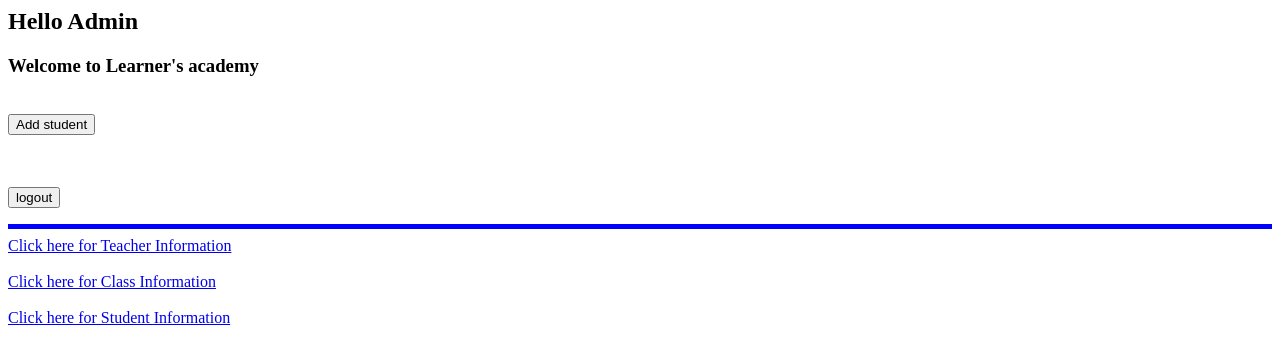
Repository: anithagnana123/Simplilearn_Phase2_project
Page: http://localhost/phase2-project/welcome
An editor plug-in stored every save of this project. The page is shown before and after a run of saves, followed by the edit.
The browser window is 1280 px wide. The pictures show the whole page.
The page is served by Tomcat 9.

Above is the page before, as saved 2022-10-19 11:50:11.

After the next 2 saves:
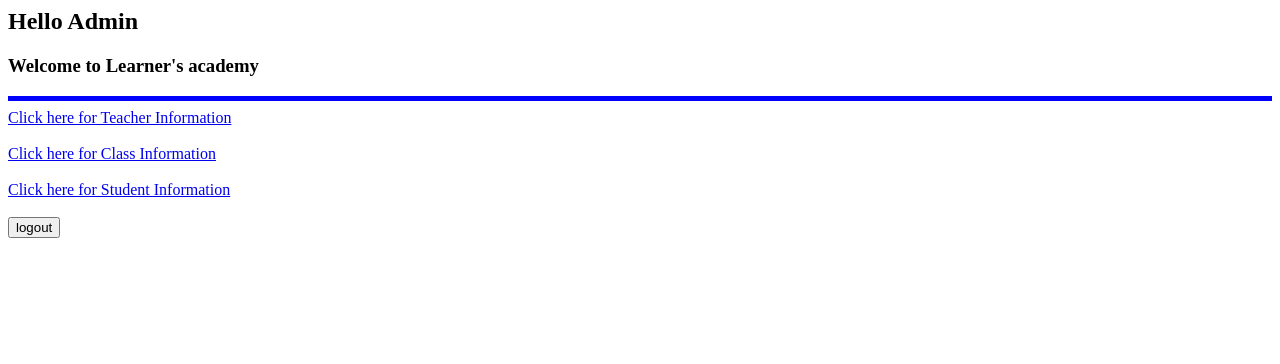
The 2 saves are shown as one change because they came seconds apart.
The last was saved 27 s later.
--- a/phase2-project/src/main/java/com/simplilearn/workshop/WelcomeServlet.java
+++ b/phase2-project/src/main/java/com/simplilearn/workshop/WelcomeServlet.java
@@ -39,21 +39,17 @@ public class WelcomeServlet extends HttpServlet {
 		out.println("<h2>Hello Admin</h2>");
 	    out.println("<h3> Welcome to Learner's academy </h3>");
 
-	    out.println("<form action='addstudent' method='get'>");
-	    out.println("<br> <input type='submit' value='Add student'/>");
-	    out.println("</form>");
-
-	    out.println("&nbsp;");
-	    out.println("<form action='logout' method='get'>");
-	    out.println("<br> <input type='submit' value='logout'/>");
-	    out.println("</form>");
-
 	    out.println("<hr color='blue' size ='5'/>");
 	    out.println("<a href = \"teacher.html\">Click here for Teacher Information</a>");
 	    out.println("<br> <br>");
 	    out.println("<a href = \"theclass.html\">Click here for Class Information</a>");
 	    out.println("<br> <br>");
 	    out.println("<a href = \"student.html\">Click here for Student Information</a>");
+
+	    out.println("&nbsp;");
+	    out.println("<form action='logout' method='get'>");
+	    out.println("<br> <input type='submit' value='logout'/>");
+	    out.println("</form>");
 
 	}
 
